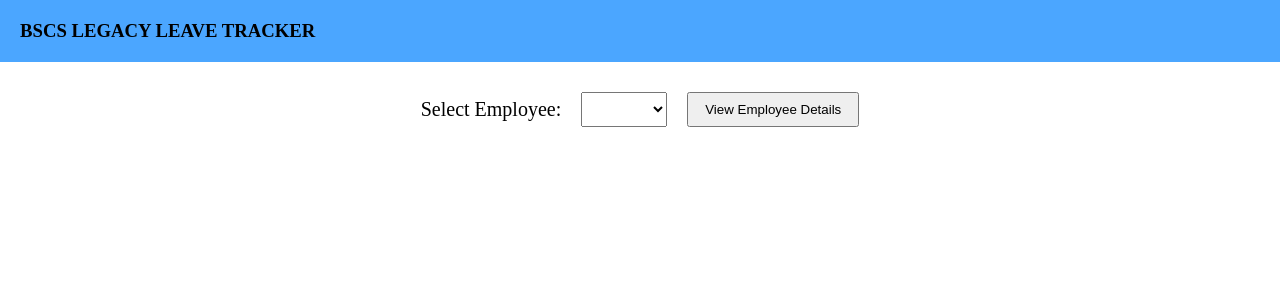
Repository: nani-samireddy/JSP-Leaves-App-with-mysql
Page: http://localhost/LeavesTracker/home
These files come from the project's save history. The page is drawn as it stood at one moment and after the next save; the edit follows.
The browser window is 1280 px wide. The pictures show the whole page.
Some web fonts or font styles are not loaded; a fallback is used. The page is served by Tomcat 10. Queries for data that is not in the repository find no rows.

Above is the page before, as saved 2023-01-22 16:48:56.

After the next save:
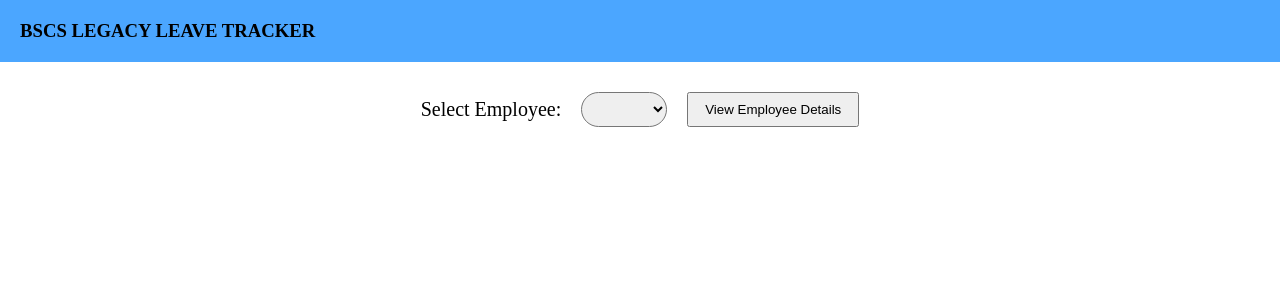
Saved 22 s later.
--- a/LeavesTracker/src/main/webapp/home.jsp
+++ b/LeavesTracker/src/main/webapp/home.jsp
@@ -65,6 +65,7 @@
 
 				select{
 				padding: 8px 32px;
+				border-radius: 30px;
 				}
 			</style>
 		</head>
